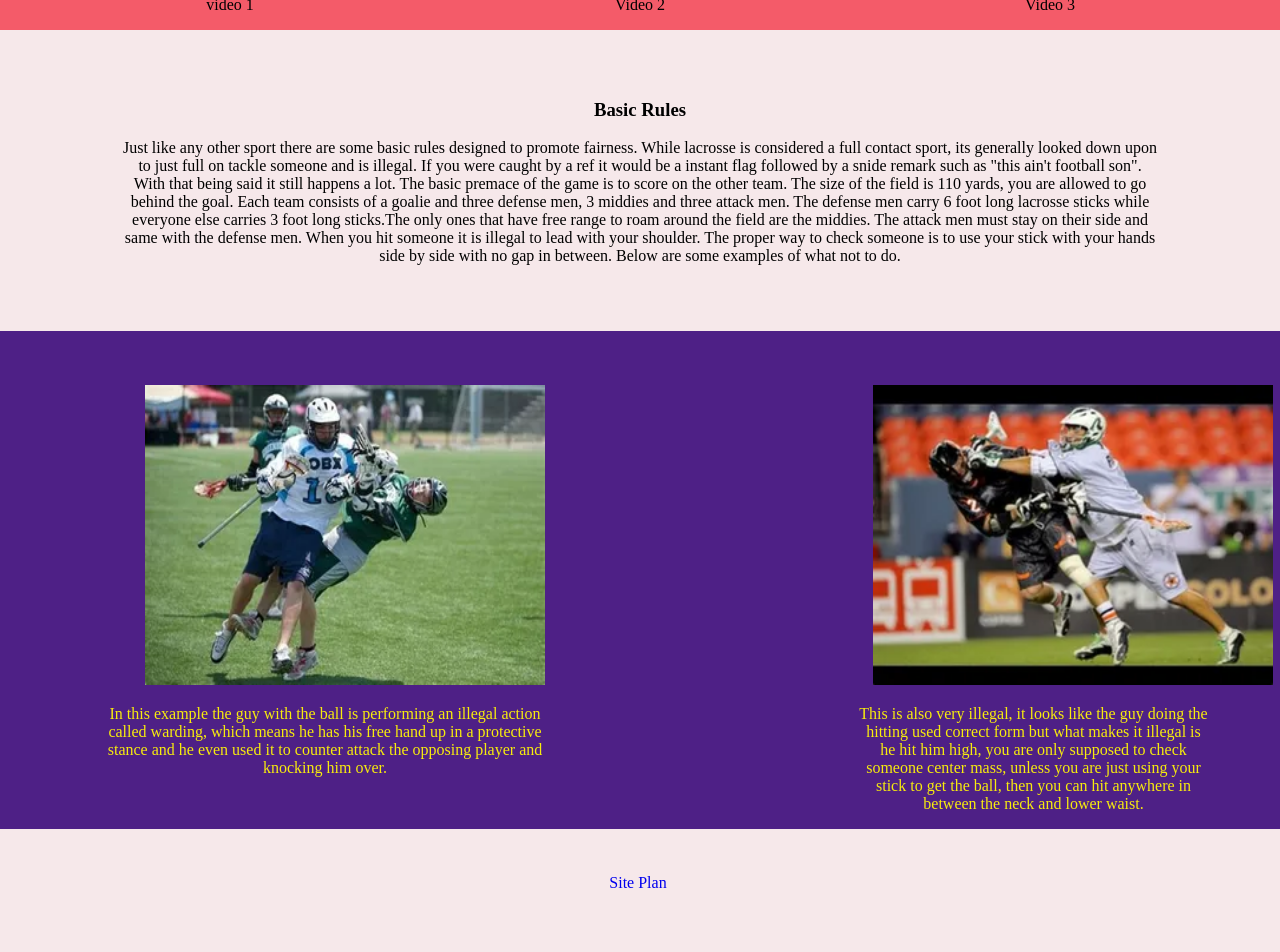
Repository: nak97/personal-site
Page: lacrosse.html
The author's editor kept a copy of each file at every save. The page is drawn from the files as they stood at one save, then again after the next save.
The browser window is 1280 px wide. The pictures show the part of the page from y = 744 to 1696 px (the page is 1696 px tall).
Some icons come from a web library that is not loaded, so they are not drawn. Some web libraries are served in a nearby version.

Above is the page before, as saved 2023-03-19 06:21:54.

After the next save:
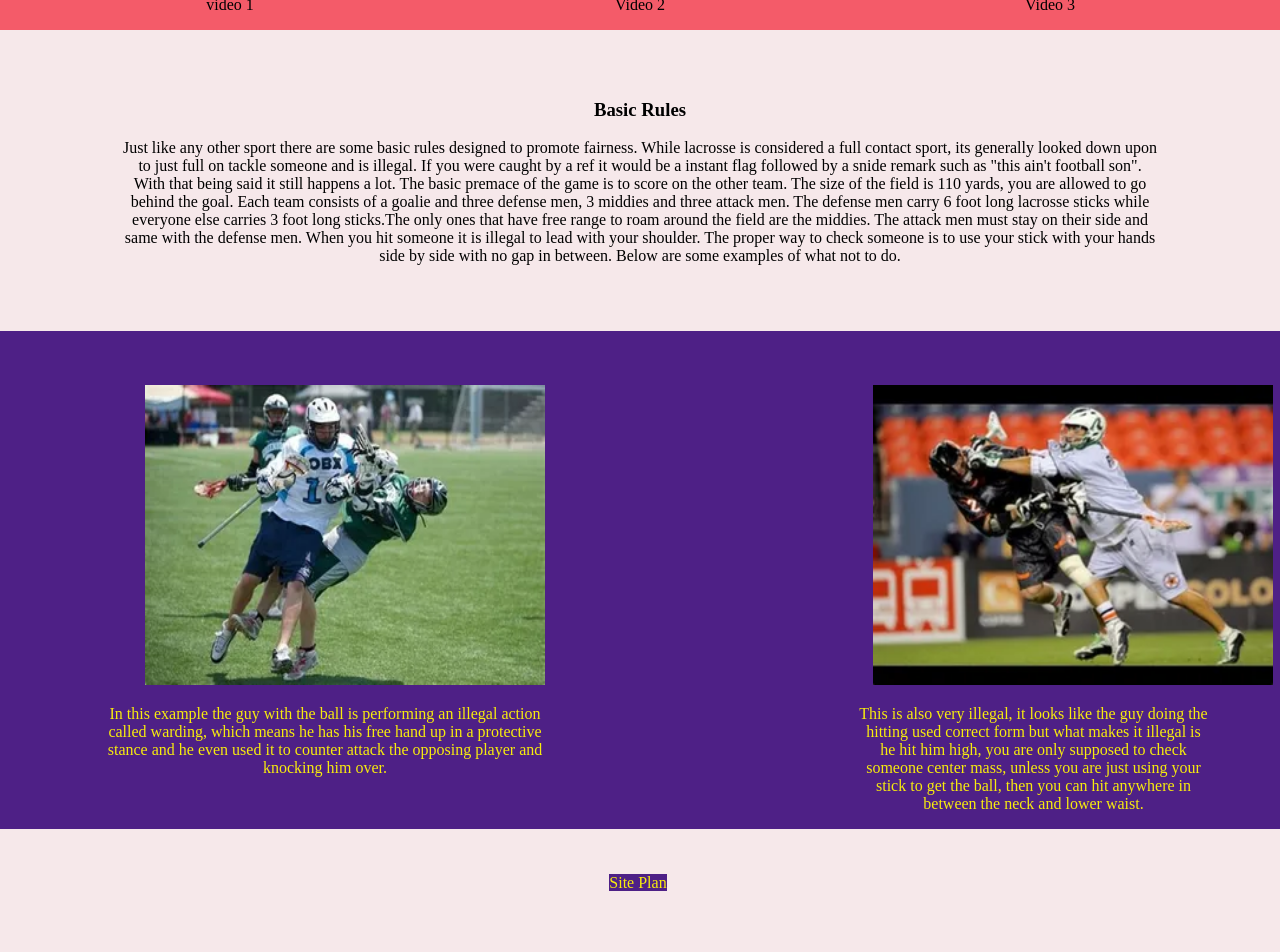
Saved 75 s later.
--- a/personal-site.css
+++ b/personal-site.css
@@ -84,6 +84,12 @@ margin-top: 45px;
 text-align: center;
 margin-bottom: 60px;}
 
+footer a {
+  background-color: #4e2086;
+  color: #f8ec0d;
+
+}
+
 footer a:hover {
   color: #F45B69;
 }
